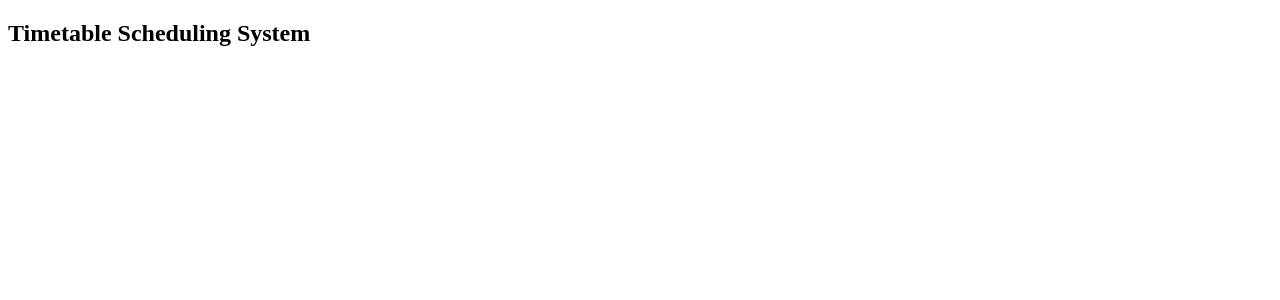
Repository: kernicole/TSS
Page: index.html
The author's editor kept a record of every edit. The page is drawn from the files as they stood at one moment, then again after the next edit.
The browser window is 1280 px wide. The pictures show the whole page.

Above is the page before.

After the next edit:
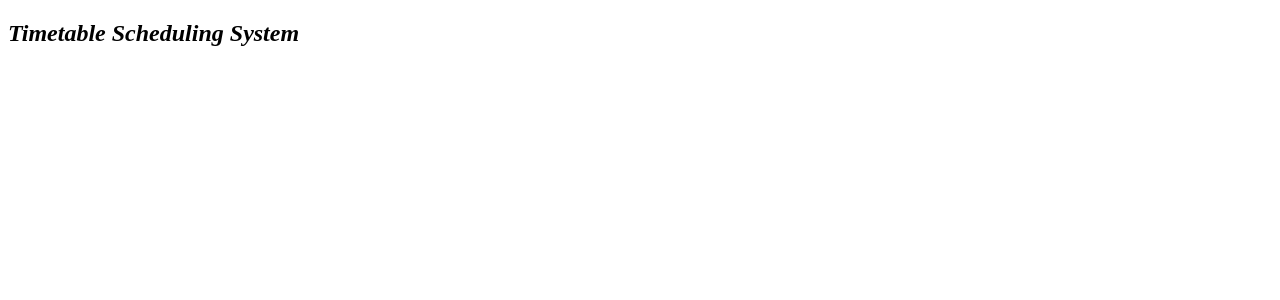
The edit:
--- a/stylesheet.css
+++ b/stylesheet.css
@@ -1,2 +1,4 @@
 #head
 {
+ font-style:italic;
+}
